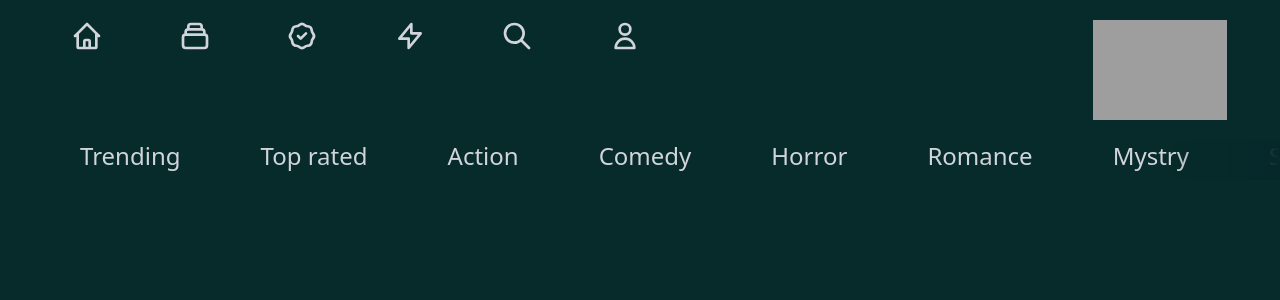
Repository: husainmamuwala/hulu-clone
Page: /
An editor plug-in stored every save of this project. The page is shown before and after a run of saves, followed by the edit.
The browser window is 1280 px wide. The pictures show the whole page.
Pictures or frames that could not be fetched are drawn as grey boxes. The project was rebuilt for these pictures with package versions that can differ from the ones it lists, and the page was loaded fresh each time. The framework's server and built-in components were replaced by stand-ins that run in the browser. Also part of the build but not shown: next.config.js.

Above is the page before, as saved 2022-08-08 00:39:06.

After the next 6 saves:
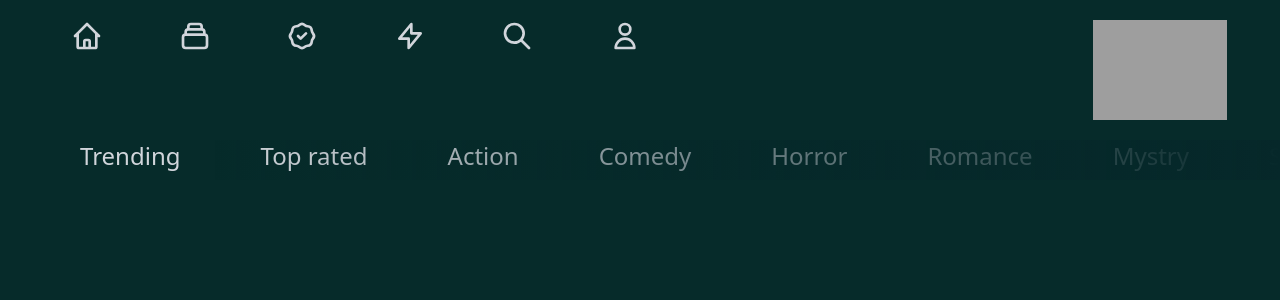
The 6 saves are shown as one change because they came seconds apart.
The last was saved 67 s later.
--- a/components/Nav.js
+++ b/components/Nav.js
@@ -15,7 +15,7 @@
 
     </div>
     <div className='absolute top-0 right-0 bg-gradient-to-l
-     from-[#06282A] h-10 w-1/12'/>
+     from-[#06282A] h-10 w-10/12'/>
     </nav>
   )
 }

After the save that followed:
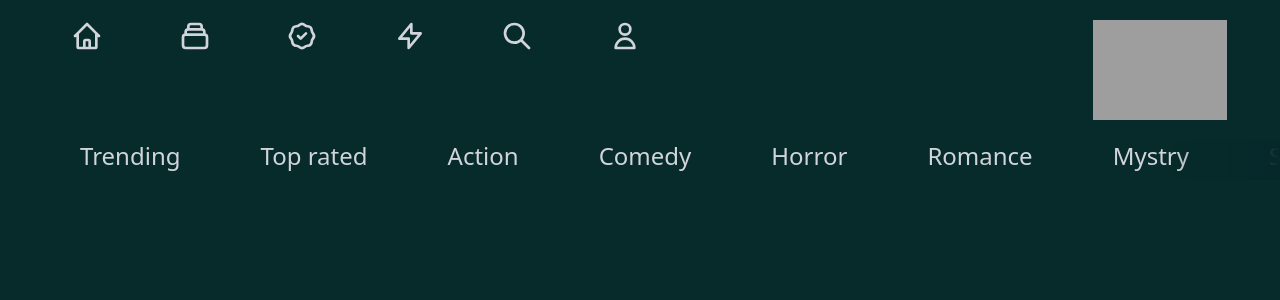
Saved 20 s later.
--- a/components/Nav.js
+++ b/components/Nav.js
@@ -15,7 +15,7 @@
 
     </div>
     <div className='absolute top-0 right-0 bg-gradient-to-l
-     from-[#06282A] h-10 w-10/12'/>
+     from-[#06282A] h-10 w-1/12'/>
     </nav>
   )
 }
